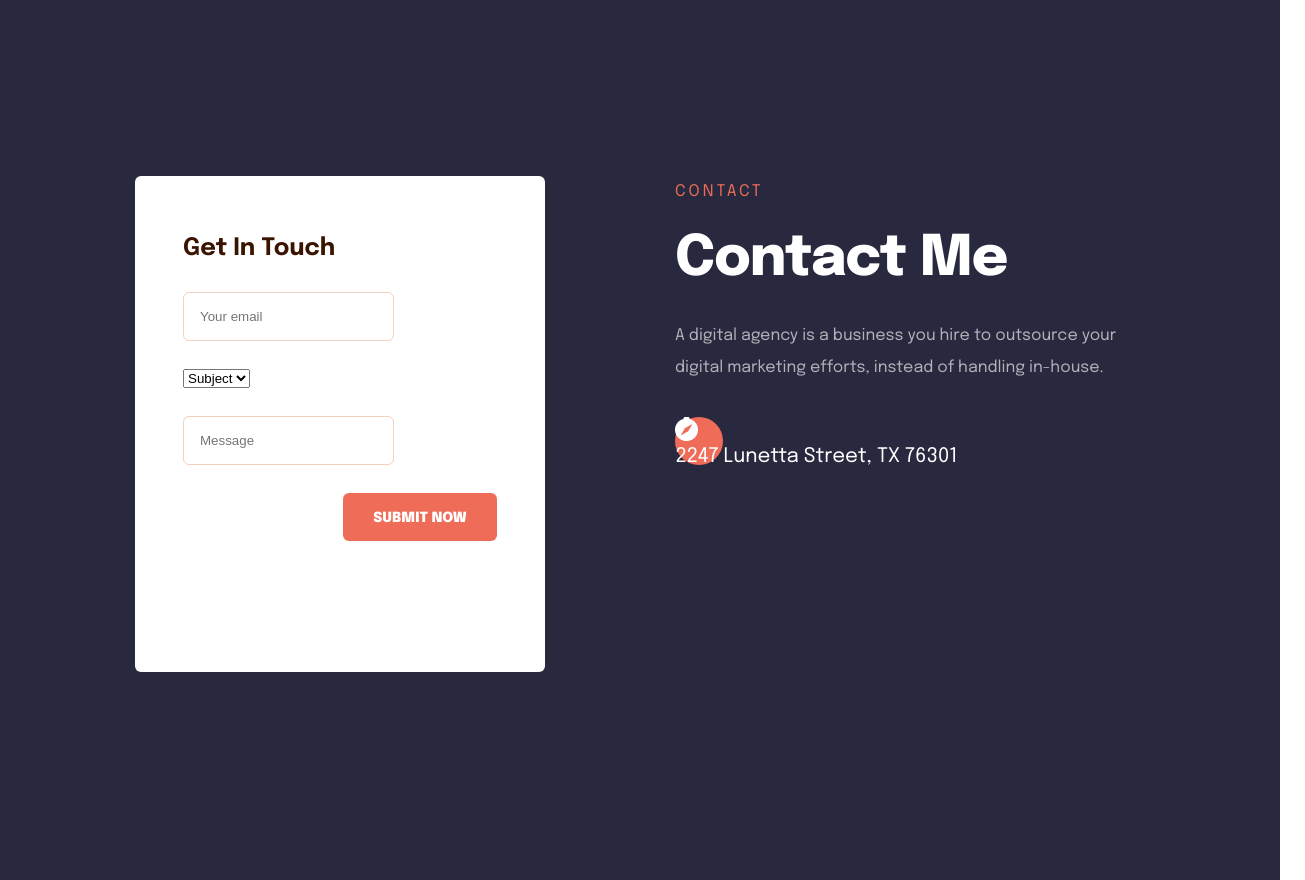
Repository: simralgasimov/contact-me
Page: index.html
These files come from the project's save history. The page is drawn as it stood at one moment and after the next save; the edit follows.
The browser window is 1280 px wide. The page is 1280 px wide, then 1305 px, so the pictures cover 1305 px, including what lies to the right of the window. The pictures show the whole page.

Above is the page before, as saved 2023-10-04 13:25:58.

### index.html
<!DOCTYPE html>
<html lang="en">
  <head>
    <meta charset="UTF-8" />
    <meta name="viewport" content="width=device-width, initial-scale=1.0" />
    <title>Document</title>
    <link rel="stylesheet" href="./index.css" />
  </head>
  <body>
    <div class="container">
        <form action="">
          <p>Get In Touch</p>
          <label for="">
            <input type="email" placeholder="Your email" />
          </label>

          <label for="subject">
            <select name="" id="subject">
              <option value="subject">Subject</option>
              <option value="subject">Subject</option>
              <option value="subject">Subject</option>
            </select>
          </label>

          <label for="">
            <input type="textarea" name="" id="" placeholder="Message" />
          </label>
          <button><a href="">Submit Now</a></button>
        </form>


      <div class="contact-me">
        <h1>Contact</h1>
        <h2>Contact Me</h2>
        <p>
          A digital agency is a business you hire to outsource your digital
          marketing efforts, instead of handling in-house.
        </p>
        <div class="cirycle">
          <img src="./img/Shape.png" alt="" />
          <p>2247 Lunetta Street, TX 76301</p>
        </div>
      </div>
    </div>
  </body>
</html>

### index.css
@import url("https://fonts.googleapis.com/css2?family=Epilogue:wght@400;700;800;900&display=swap");
* {
  margin: 0;
  padding: 0;
  box-sizing: border-box;
}

.container {
  padding: 176px 135px 208px 135px;
  background: #28293e;
  display: flex;
  /* justify-content: space-between; */
}

.container p {
  margin-bottom: 27px;
  color: var(--Text_Dark, #391400);
  font-feature-settings: "clig" off, "liga" off;

  font-family: Epilogue;
  font-size: 24px;
  font-style: normal;
  font-weight: 700;
  line-height: 32px;
}

.container form {
  width: 570px;
  height: 496px;
  margin-right: 130px;
  border-radius: 6px;
  background: #fff;
}

.container input {
  padding: 16px;
  border-radius: 6px;
  border: 1px solid #f3d1bf;
  background: #fff;
}

.container form label {
  display: block;
  margin-bottom: 28px;
}
.container  form {
  padding: 57px 48px 48px 48px;
}

/* .container  form [type="email"] {
  width: 474px;
  height: 48px;
}

.container  form [id="subject"] {
  width: 474px;
  height: 48px;
}

.container  form [type="textarea"] {
  width: 474px;
  height: 135px;
} */

.container form button {
  width: 154px;
  height: 48px;
  border-radius: 6px;
  background: #ef6d58;
  border: none;
  float: right;
}

.container form button a {
  text-decoration: none;
  color: #fff;
  text-align: center;
  font-family: Epilogue;
  font-size: 14px;
  font-style: normal;
  font-weight: 900;
  line-height: normal;
  text-transform: uppercase;
}

.container .contact-me h1 {
  margin-bottom: 20px;
  width: 86px;
  color: var(--Text_Light_Accent, #ef6d58);
  font-feature-settings: "clig" off, "liga" off;
  font-family: Epilogue;
  font-size: 16px;
  font-style: normal;
  font-weight: 400;
  line-height: 32px;
  letter-spacing: 3px;
  text-transform: uppercase;
}

.container .contact-me h2 {
  margin-bottom: 28px;
  width: 334px;
  color: var(--Text_Light, #fff);
  font-feature-settings: "clig" off, "liga" off;
  font-family: Epilogue;
  font-size: 56px;
  font-style: normal;
  font-weight: 800;
  line-height: 64px;
  letter-spacing: -1px;
}

.container .contact-me p {
  margin-bottom: 33px;
  width: 470px;
  color: var(--Text_Light_Gray, rgba(255, 255, 255, 0.64));
  font-feature-settings: "clig" off, "liga" off;

  font-family: Epilogue;
  font-size: 16px;
  font-style: normal;
  font-weight: 400;
  line-height: 32px;
}

.container .contact-me .cirycle {
  /* position: relative; */
  width: 48px;
  height: 48px;
  background-color: #ef6d58;
  border-radius: 50%;
}

.container .contact-me .cirycle img {
  /* position: absolute; */
  /* margin: 13px; */

  display: flex;
  justify-content: center;
  align-content: center;
}

.container .contact-me .cirycle p {
  display: flex;
  justify-content: center;
  align-items: center;
  align-content: center;
  /* margin-left: 90px; */
  width: 283px;
  color: var(--Text_Light, #fff);
  font-feature-settings: "clig" off, "liga" off;

  font-family: Epilogue;
  font-size: 20px;
  font-style: normal;
  font-weight: 400;
  line-height: 32px;
}

After the next save:
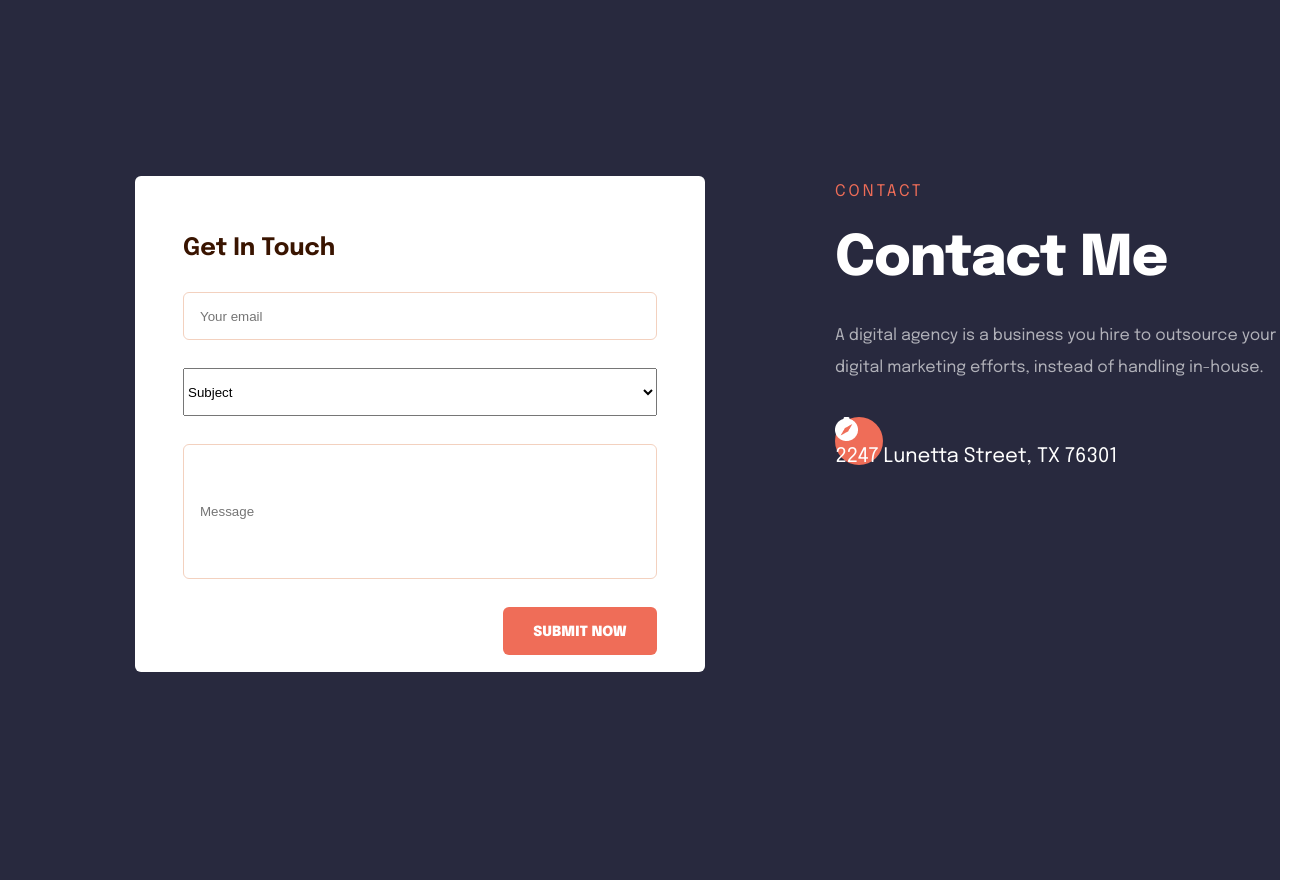
Saved 11 s later.
--- a/index.css
+++ b/index.css
@@ -47,7 +47,7 @@
   padding: 57px 48px 48px 48px;
 }
 
-/* .container  form [type="email"] {
+.container  form [type="email"] {
   width: 474px;
   height: 48px;
 }
@@ -60,7 +60,7 @@
 .container  form [type="textarea"] {
   width: 474px;
   height: 135px;
-} */
+}
 
 .container form button {
   width: 154px;
